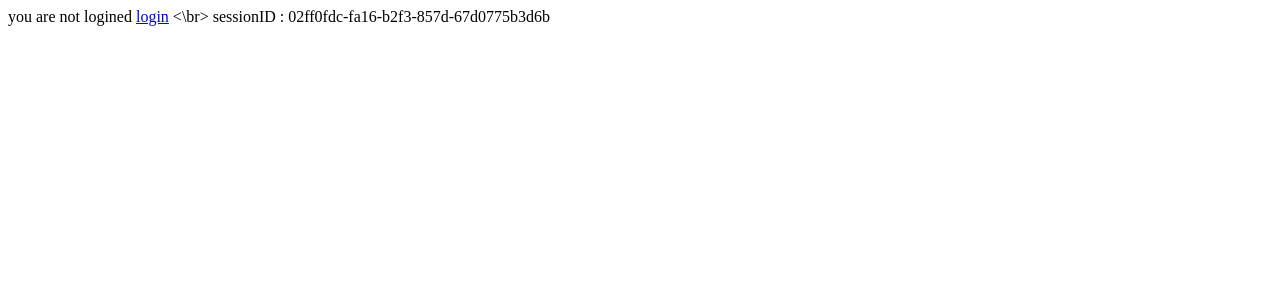
Repository: mmis1000/node-login-example
Page: http://localhost/user
The author's editor kept a record of every edit. The page is drawn from the files as they stood at one moment, then again after the next edit.
The browser window is 1280 px wide. The pictures show the whole page.
The page is served by the project's Node server (server.js).

Above is the page before.

### views/user.ejs
<html>
    <head>
        <title>test</title>
    </head>
    <body>
        <% if ("undefined" !== typeof login) { %>
        you are logined as <%= user %>.
        <a href="/logout">logout</a>
        <% } else { %>
        you are not logined
        <a href="/login">login</a>
        <% } %>
        <\br>
        sessionID : <%= id %>
    </body>
</html>

### server.js
//
// # SimpleServer
//
// A simple chat server using Socket.IO, Express, and Async.
//
var http = require('http');
var path = require('path');

var async = require('async');
var socketio = require('socket.io');
var express = require('express');
var cookieParser = require('cookie-parser');
var session = require('express-session');
//
// ## SimpleServer `SimpleServer(obj)`
//
// Creates a new instance of SimpleServer with the following options:
//  * `port` - The HTTP port to listen on. If `process.env.PORT` is set, _it overrides this value_.
//
var router = express();
var server = http.createServer(router);
var io = socketio.listen(server);
var bodyParser = require("body-parser");
router.use(express.static(path.resolve(__dirname, 'client')));
var messages = [];
var sockets = [];


router.set('view engine', 'ejs');
router.set('views', 'views');

function genuuid() {
  function s4() {
    return Math.floor((1 + Math.random()) * 0x10000)
      .toString(16)
      .substring(1);
  }
  return s4() + s4() + '-' + s4() + '-' + s4() + '-' +
    s4() + '-' + s4() + s4() + s4();
}
router.use(cookieParser());
router.use(session({
  genid: function(req) {
    return genuuid(); // use UUIDs for session IDs
  },
  secret: 'keyboard cat'
}));

router.use(bodyParser.urlencoded());

var value = 'default';
router.get('/test', function(req, res, next){
  console.log(req.body);
  if(req.body.fname) {
    value = req.body.fname
  }
  res.render('test', {value : value})
});

router.post('/test', function(req, res, next){
  console.log(req.body);
  if(req.body.fname) {
    value = req.body.fname
  }
  res.render('test', {value : value})
});

router.get('/delay.html', function(req, res, next){
  console.log(req.body);
  if(req.body.fname) {
    value = req.body.fname
  }
  res.setHeader('Content-Type', "text/html; charset=UTF-8");
  res.write('<html><head></head><body>\r\n');
  setTimeout(function() {
    res.write('1<br>   <style>*{ color:red ;}</style>\r\n')
  }, 1000);
  setTimeout(function() {
    res.write('2<br>   <style>*{ color:blue ;}</style>\r\n')
  }, 2000);
  setTimeout(function() {
    res.write('3<br>   <style>*{ color:purple ;}</style>\r\n')
  }, 3000);
  setTimeout(function() {
    res.write('4<br>   <style>*{ color:yellow ;}</style>\r\n')
  }, 4000);
  setTimeout(function() {
    res.write('5<br>   <style>*{ color:black ;}</style>\r\n')
  }, 5000);
  setTimeout(function() {
    res.end('eof</body></html>')
  }, 6000);
});


router.get('/delay.css', function(req, res, next){
  res.setHeader('Content-Type', "text/css");
  setTimeout(function() {
    res.end('*{background : red};')
  }, 10000);
})

router.get('/delay-empty.css', function(req, res, next){
  res.setHeader('Content-Type', "text/css");
  setTimeout(function() {
    res.end('/* no content here*/')
  }, 10000);
})

router.get('/normal.html', function(req, res, next){
  res.setHeader('Content-Type', "text/html; charset=UTF-8");
  res.end('<html><head>   <link rel="stylesheet" type="text/css" href="delay.css">    </head><body>  content here   </body></html>')
})
router.get('/normal1.html', function(req, res, next){
  res.setHeader('Content-Type', "text/html; charset=UTF-8");
  res.end('<html><head></head><body>  content here   <link rel="stylesheet" type="text/css" href="delay.css">    </body></html>')
})

router.get('/emptycss.html', function(req, res, next){
  res.setHeader('Content-Type', "text/html; charset=UTF-8");
  res.end('<html><head>   <link rel="stylesheet" type="text/css" href="delay-empty.css">    </head><body>  content here   </body></html>')
})
router.get('/emptycss1.html', function(req, res, next){
  res.setHeader('Content-Type', "text/html; charset=UTF-8");
  res.end('<html><head></head><body>  content here   <link rel="stylesheet" type="text/css" href="delay-empty.css">    </body></html>')
})

router.get('/normal-chunk.html', function(req, res, next){
  res.setHeader('Content-Type', "text/html; charset=UTF-8");
  res.write('<html><head>   <link rel="stylesheet" type="text/css" href="delay.css">    </head><body>  ');
  setTimeout(function() {
    res.end('content here   </body></html>')
  }, 1000);
})
router.get('/normal0-chunk.html', function(req, res, next){
  res.setHeader('Content-Type', "text/html; charset=UTF-8");
  res.write('<!doctype html>');
  setTimeout(function() {
    res.end('<html><head></head><body>  content here   <link rel="stylesheet" type="text/css" href="delay.css">    </body></html>')
  }, 1000);
})
router.get('/normal1-chunk.html', function(req, res, next){
  res.setHeader('Content-Type', "text/html; charset=UTF-8");
  res.write('<!doctype html><html><head></head><body>  ');
  setTimeout(function() {
    res.end('content here   <link rel="stylesheet" type="text/css" href="delay.css">    </body></html>')
  }, 1000);
})
router.get('/normal2-chunk.html', function(req, res, next){
  res.setHeader('Content-Type', "text/html; charset=UTF-8");
  res.write('<!doctype html><html><head></head><body>  content here   ');
  setTimeout(function() {
    res.end('<link rel="stylesheet" type="text/css" href="delay.css">    </body></html>')
  }, 1000);
})

router.get('/login', function(req, res, next){
  res.render('login');
});

router.post('/login', function(req, res, next){
  console.log(req.body);
  var sess = req.session;
  if(req.body.account == "12345" &&
    req.body.password == "12345") {
    sess.login = true;
    sess.user = req.body.account;
  } else {
    sess.login.lastError = "Wrong password or unexixted account!"
  }
  res.redirect(302, '/user');
});

router.get('/user', function(req, res, next){
  res.render('user', {login : req.session.login, user : req.session.user, id :  req.sessionID});
});

router.get('/logout', function(req, res, next){
  req.session.destroy();
  res.redirect(302, '/login');
});






io.on('connection', function (socket) {
    messages.forEach(function (data) {
      socket.emit('message', data);
    });

    sockets.push(socket);

    socket.on('disconnect', function () {
      sockets.splice(sockets.indexOf(socket), 1);
      updateRoster();
    });

    socket.on('message', function (msg) {
      var text = String(msg || '');

      if (!text)
        return;

      socket.get('name', function (err, name) {
        var data = {
          name: name,
          text: text
        };

        broadcast('message', data);
        messages.push(data);
      });
    });

    socket.on('identify', function (name) {
      socket.set('name', String(name || 'Anonymous'), function (err) {
        updateRoster();
      });
    });
  });

function updateRoster() {
  async.map(
    sockets,
    function (socket, callback) {
      socket.get('name', callback);
    },
    function (err, names) {
      broadcast('roster', names);
    }
  );
}

function broadcast(event, data) {
  sockets.forEach(function (socket) {
    socket.emit(event, data);
  });
}

server.listen(process.env.PORT || 3000, process.env.IP || "0.0.0.0", function(){
  var addr = server.address();
  console.log("Chat server listening at", addr.address + ":" + addr.port);
});

After the next edit:
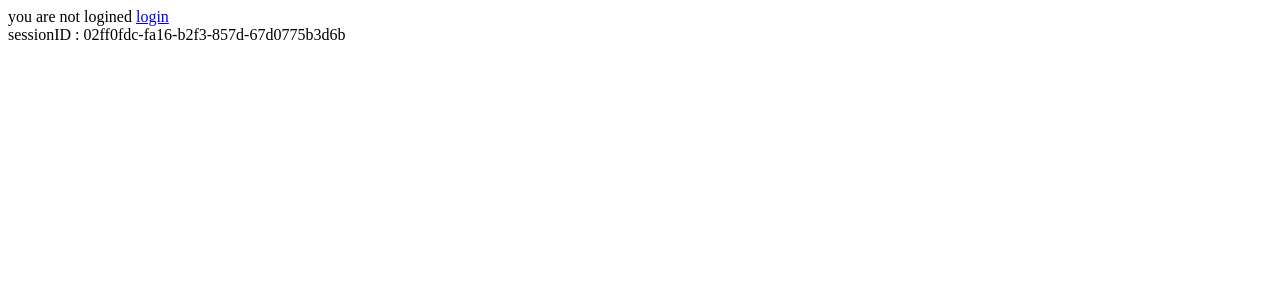
The edit:
--- a/views/user.ejs
+++ b/views/user.ejs
@@ -10,7 +10,7 @@
         you are not logined
         <a href="/login">login</a>
         <% } %>
-        <\br>
+        <br/>
         sessionID : <%= id %>
     </body>
 </html>
